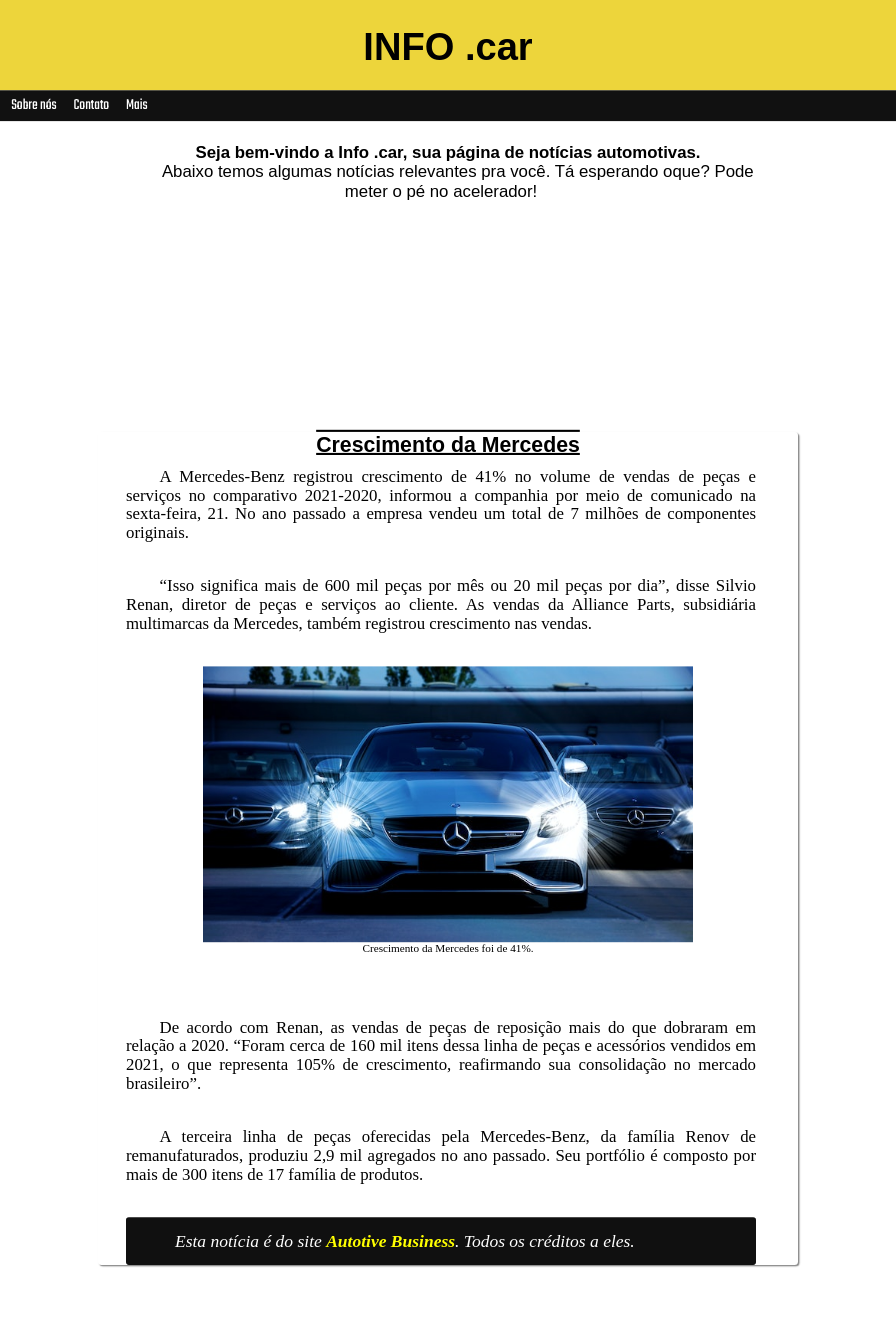
Repository: Leonngc/projeto-info.car
Page: index.html
The author's editor kept a copy of each file at every save. The page is drawn from the files as they stood at one save, then again after the next save.
The browser window is 1280 px wide. The pictures show the part of the page from y = 0 to 1920 px (the page is 7275 px tall before and 7228 px after), at 70% of full size.
Some web fonts or font styles are not loaded; a fallback is used.

Above is the page before, as saved 2022-11-04 05:19:14.

### index.html
<!DOCTYPE html>
<html lang="pt-br">

<head>
    <meta charset="UTF-8" />
    <meta http-equiv="X-UA-Compatible" content="IE=edge" />
    <meta name="viewport" content="width=device-width, initial-scale=1.0" />
    <title>Info .car</title>
    <link rel="stylesheet" href="style.css">
</head>

<body>
    <header>
        <h1 class="title">INFO .car</h1>



    </header>
        <nav id="menu">
            <a href="" class="menu-link">Sobre nós</a>
            <a href="" class="menu-link">Contato</a>
            <a href="" class="menu-link">Mais</a>
        </nav>
    <main>
        <article id="boas-vindas" class="text">
            <h1>Seja bem-vindo a Info .car, sua página de notícias automotivas.</h1>
            <p>Abaixo temos algumas notícias relevantes pra você. Tá esperando oque? Pode meter o pé no acelerador!</p>
        </article>
        <section>




            <article class="texts">
                <h1 class="title-article">Crescimento da Mercedes</h1>

                    <p>
                        A Mercedes-Benz registrou crescimento de 41% no volume de vendas de peças e serviços no comparativo 2021-2020, informou a companhia por meio de comunicado na sexta-feira, 21. No ano passado a empresa vendeu um total de 7 milhões de componentes originais.
                    </p>

                    <br>

                    <p>
                        “Isso significa mais de 600 mil peças por mês ou 20 mil peças por dia”, disse Silvio Renan, diretor de peças e serviços ao cliente. As vendas da Alliance Parts, subsidiária multimarcas da Mercedes, também registrou crescimento nas vendas.
                    </p>

                        <br>

                        <picture class="car-image">
                             <source media="(max-width:620px)" srcset="img/mercedes-pequeno.png" class="img-pequena">
                             <img src="img/mercedes.jpg" alt="" />
                           <span><legend>Crescimento da Mercedes foi de 41%.</legend></span>
                </picture>


                    <p>
                        De acordo com Renan, as vendas de peças de reposição mais do que dobraram em relação a 2020. “Foram cerca de 160 mil itens dessa linha de peças e acessórios vendidos em 2021, o que representa 105% de crescimento, reafirmando sua consolidação no mercado brasileiro”.
                    </p>

                    <br>
                    <p>
                        A terceira linha de peças oferecidas pela Mercedes-Benz, da família Renov de remanufaturados, produziu 2,9 mil agregados no ano passado. Seu portfólio é composto por mais de 300 itens de 17 família de produtos.
                    </p>

                    <br>

                    <p class="references">Esta notícia é do site <a href="https://automotivebusiness.com.br/pt/posts/mercado/vendas-da-mercedes-benz-na-reposicao-cresceram-41-em-2021/#:~:text=Vendas%20da%20Mercedes%2DBenz%20na%20reposi%C3%A7%C3%A3o%20cresceram%2041%25%20em%202021,-Empresa%20vendeu%20mais&text=A%20Mercedes%2DBenz%20registrou%20crescimento,7%20milh%C3%B5es%20de%20componentes%20originais.">Autotive Business</a>. Todos os créditos a eles.</p>

            </article>




            <article class="texts">
                <h1 class="title-article">O monstro da Ducati.</h1>

                <picture class="image">
                    <source media="(max-width: 620px )" srcset="img/ducati-pequeno.png">
                    <img src="img/ducati.jpg" alt="" />  <!--CARROSEL DE IMAGENS!!!-->
                </picture>

                    <h2>Por: Thiago Moreno</h2>
                    <p>
                        Lançada em dezembro de 2020, a nova geração da Ducati Monster era uma das estreias aguardadas da marca para o mercado brasileiro também. A esportiva sem carenagens, segundo a empresa, foi a primeira "street fighter" do setor de duas rodas. Agora, a Ducati revelou a nova Monster para o Brasil.
                    </p>

                    <br>
                    <p>
                        A nova geração da esportiva já está com a pré-venda aberta e as primeiras unidades desembarcarão por aqui a partir de setembro. O preço anunciado para a nova Ducati Monster no Brasil é de R$ 86.990. Quem adquirir a motocicleta durante a pré-venda, ainda receberá um kit que inclui luvas e outros acessórios originais. Este é o segundo grande lançamento da Ducati no Brasil em 2022, dando sequência à apresentação da Multistrada V4S.
                    </p>

                    <br>
                    <p class="references">

                        Notícia do site <a href="https://motor1.uol.com.br/news/602765/nova-ducati-monster-brasil-preco/" target="_blank">Motor 1 UOL</a>. Todos os créditos a eles.
                    </p>


            </article>

            <section id="img-background">
            </section>




            <article class="texts">
                <h1 class="title-article">o Top 3 da Volks!</h1>
                <picture class="image">
                    <source media="(max-width:620px )" srcset="img/volks-pequeno.png">
                    <img src="img/volks.jpg" alt="" />
                </picture>

                    <p>
                        Em 1953, a Volkswagen chegou ao Brasil apresentando as primeiras unidades do Fusca, desenvolvido a partir de peças importadas direto da Alemanha. Ao logo do tempo, o sucesso foi crescendo e os carros da montadora foram se tornando os carros mais vendidos no Brasil.</p>

                    <br>
                    <h2>1 – Volkswagen T-Cross</h2>
                    <p>
                        Um dos modelos mais novos da geração atual de veículos da Volkswagen é o T-Cross. Esse SUV compacto chegou à liderança da categoria de carros mais vendidos no Brasil ano passado, mostrando sua força no mercado.</p>

                    <br>
                    <p>
                        O automóvel possui diferentes versões e duas opções de motor. Seu conjunto da obra agrada os apaixonados por automóveis, e além de ser o campeão de vendas da montadora, aparece como o quinto colocado de vendas de todo o país, deixando vários outros SUV´s para trás.</p>

                    <br>
                    <p>
                        Diferente do modelo europeu, o design do T-Cross é bastante carismático, com faróis de LED integrados e uma ampla grade.</p>

                    <br>
                    <p>
                        Além disso, o veículo pode ser encontrado no mercado em quatro versões, todas equipadas com motores TSI (Turbo com injeção direta de combustível) sendo elas:</p>

                    <br>
                    <p>
                        <strong>T-Cross 200 TSI:</strong> Versão com controle de estabilidade (ESC), seis airbags, bloqueio eletrônico, sistema de fixação de cadeirinhas infantis e ajuste de altura do volante.</p>

                    <br>
                    <p>
                        <strong>T-Cross 200 TSI Automático: </strong>Possui câmbio automático de seis marchas, controle automático de velocidade, apoio de braço central e grade dianteira em preto brilhante.</p>

                    <br>
                    <p>
                        <strong>T-Cross Comfortline 200 TSI Automático:</strong> Com ar condicionado digital, câmera de ré para auxiliar no estacionamento, indicador de pressão dos pneus, detalhes cromados e revestimento interno azul escuro.</p>

                    <br>
                    <p>
                        <strong>T-Cross Highline 250 TSI Automático:</strong> Agrega itens como bancos de couro, espelho retrovisor interno eletrocrômico, sensores de chuva, rack de teto na cor prata anodizada, entre outros detalhes.</p>

                    <br>
                    <p>
                        Vale lembrar que o T-Cross é um crossover urbano produzido pela Volkswagen e baseado no modelo ‘Polo VI’.
                    </p>

                    <br>
                    <h2>2 – Volkswagen Gol</h2>

                    <p>
                        O Gol é um dos modelos de automóveis da Volkswagen que já foi líder de vendas por anos. Atualmente, esse posto não é mais dele, mas ele segue como um dos veículos mais populares da marca.

                        A exemplo de outros carros da mesma montadora, ele é comercializado em diversas versões. Mas, a sua opção mais básica é a que está hoje entre os 10 carros mais baratos vendidos no Brasil.
                    </p>

                    <br>
                    <p>
                        Em 2021, surgiu a mais nova versão deste automóvel, com a adição de itens de segurança obrigatórios. O hatch então passou a dispor de cinto de segurança de três pontos, encosto de cabeça para cinco passageiros e o sistema de fixação de cadeirinha infantil.
                    </p>

                    <br>
                    <p>
                        <strong>3 – Volkswagen Polo</strong>
                        Chamado por muitos de Virtus Hatch, o Polo passou por uma reformulação total recentemente. O modelo apresenta alta tecnologia e diferentes versões, mas foi o novo visual o que mais chamou a atenção.
                    </p>

                    <br>
                    <p>
                        Ele também foi eleito o melhor carro em sua categoria por uma pesquisa chamada ‘Os eleitos’, feita pela revista Quatro Rodas. Não é à toa que ele conquistou o terceiro lugar do top 3 carros mais vendidos da montadora alemã
                    </p>

                    <br>

                    <p class="references">
                        Notícia do site <a href="https://dyna.com.br/top-3-carros-mais-vendidos-da-volkswagen/" target="_blank">Dyna</a>. Todos os créditos a eles.
                    </p>

            </article>


            <picture class="image">
                <source media="(max-width: 620px)" srcset="img/jeep-cherokee-pequeno.png">
                <img src="img/jeep-cherokee.jpg" alt="" />
            </picture>


            <article class="texts">
                <h1 class="title-article">Novo Jeep Cherokee</h1>

                    <h2>Por: Nicolas Tavares</h2>

                    <p>
                        A Stellantis ainda nem mostrou o Compass 4xe, versão híbrida plug-in do SUV médio que será lançado no dia 4 de abril, e já trabalha em mais uma novidade para o Brasil. Motor1.com e o canal Falando de Carro apuraram que o Jeep Grand Cherokee desembarcará nas concessionárias no último trimestre, importado dos EUA. A marca quer lançá-lo por volta de outubro e oferecer tanto uma versão convencional quanto a híbrida plug-in revelada recentemente.</p>
                    <br>
                    <p>
                        Segundo apuramos, o Jeep Grand Cherokee acabou sofrendo um atraso por conta da falta de semicondutores. Produzindo poucas unidades, a prioridade virou abastecer o mercado norte-americano, deixando as exportações para um segundo momento. Assim, seu lançamento ficará somente para o 2º semestre. A ideia, no momento, é fazer o lançamento em outubro, mas tudo dependerá de como ficará o fornecimento de chips para a fábrica em Detroit (EUA).
                    </p>

                    <p class="references">Notícia do site <a href="https://motor1.uol.com.br/news/575923/jeep-grand-cherokee-brasil-2semestre/" target="_blank">Motor 1 UOL</a>. Todos os créditos a eles.</p>

            </article>

        </section>


    </main>
    <footer>
        <h1>Este site...</h1>
            <p>
                Este site tem como objetivo a demonstração de conhecimentos HTML, CSS e JS. <br>
                O site consiste em um página de notícias automotivas, tendo imagens animadas, além de três outras páginas. Uma para contato do desenvolvedor, outra sobre o site e uma página mais. <br>

            </p>
        </footer>
        <legend>TODOS OS ARTIGOS PRESENTES NESTE SITE SÃO DE OUTRAS PÁGINAS. TODOS OS DIREITOS E CRÉDITOS A ELES.</legend>
</body>

</html>

### style.css
@charset "UTF 8";
@import url('https://fonts.googleapis.com/css2?family=Michroma&display=swap');
@import url('https://fonts.googleapis.com/css2?family=Teko&display=swap');
@import url('https://fonts.googleapis.com/css2?family=Ramabhadra&display=swap');

:root{
    --fonte-titulo: 'Ramabhadra', sans-serif;
}

*{
    margin: 0;
    padding: 0;
}

header{
    padding: 30px;
    padding-top: 5vh;
    min-width: 2em;
    font-size: 1.7em;
    background-color: rgb(237, 213, 59);
}

.title{
    font-family: 'Michroma', sans-serif;
    text-align: center;
    font-weight: bolder;
    font-weight: 2vh;
}

nav{
    background-color: rgb(17, 17, 17);
    padding: 6px;
    margin-bottom: 30px;

}

.menu-link{
    text-decoration: none;
    color: #ffffff;
    padding: 10px;
    font-family: 'Teko', sans-serif;
    font-size: 1.4em;
}

.menu-link:hover{
    background-color: rgb(237, 213, 59);
    color: #000000;
    transition-duration: 0.5s;
}
#boas-vindas{
    margin-bottom: 300px;
}
#boas-vindas > h1{
    text-align: center;
    font-family: var(--fonte-titulo);
}

#boas-vindas > p{
    font-family: Arial, Helvetica, sans-serif;
    text-align: center;
}



main{
    margin: auto;
    min-width: 300px;
    max-width: 1000px;
}


 img{
   width: 70%;
   display: block;
   margin-left: auto;
   margin-right: auto;
    }

    legend{
        padding-bottom: 90px;
        text-align: center;
    }

    .img-pequena{
        max-width: 350px;
        display: block;
        margin: auto;
    }


.title-article{
    font-size: 1.9em;
    font-family: var(--fonte-titulo);
    text-align: center;
    padding-bottom: 15px;
    text-decoration: underline overline;
}

 .texts{
    margin-bottom: 180px;
    box-shadow: 2px 2px 2px rgba(0, 0, 0, 0.495);
    border-radius: 5px;

    border-width: 12px;
}

 h2{
    font-family: var(--fonte-titulo);
    text-align: center;

}

p{
    font-family: 'Times New Roman', Times, serif;
    padding-bottom: 30px;
    text-align: justify;
    text-indent: 2em;
    font-size: 1.5em;
    margin-right: 60px;
    margin-left: 40px;
}

.references{

    font-style: italic;
    font-size: 25px;
    color: #ffffff;
    background-color: #101010;
    border-radius: 4px;
    padding: 20px;
}

.references > a{
    text-decoration: none;
    color: yellow;
    font-weight: bold;
}

.references > a:hover{
    text-decoration: underline;
}

footer{
    margin-left: 150px;
    margin-right: 150px;
    margin-bottom: 20px;
    color: white;
    background-color: #000000;
}

footer > h1{
    padding: 10px;
    text-align: center;
    font-family: var(--fonte-titulo);
}

footer > p{
    font-family: monospace;
    text-align: justify;
    text-justify: distribute;
}

After the next save:
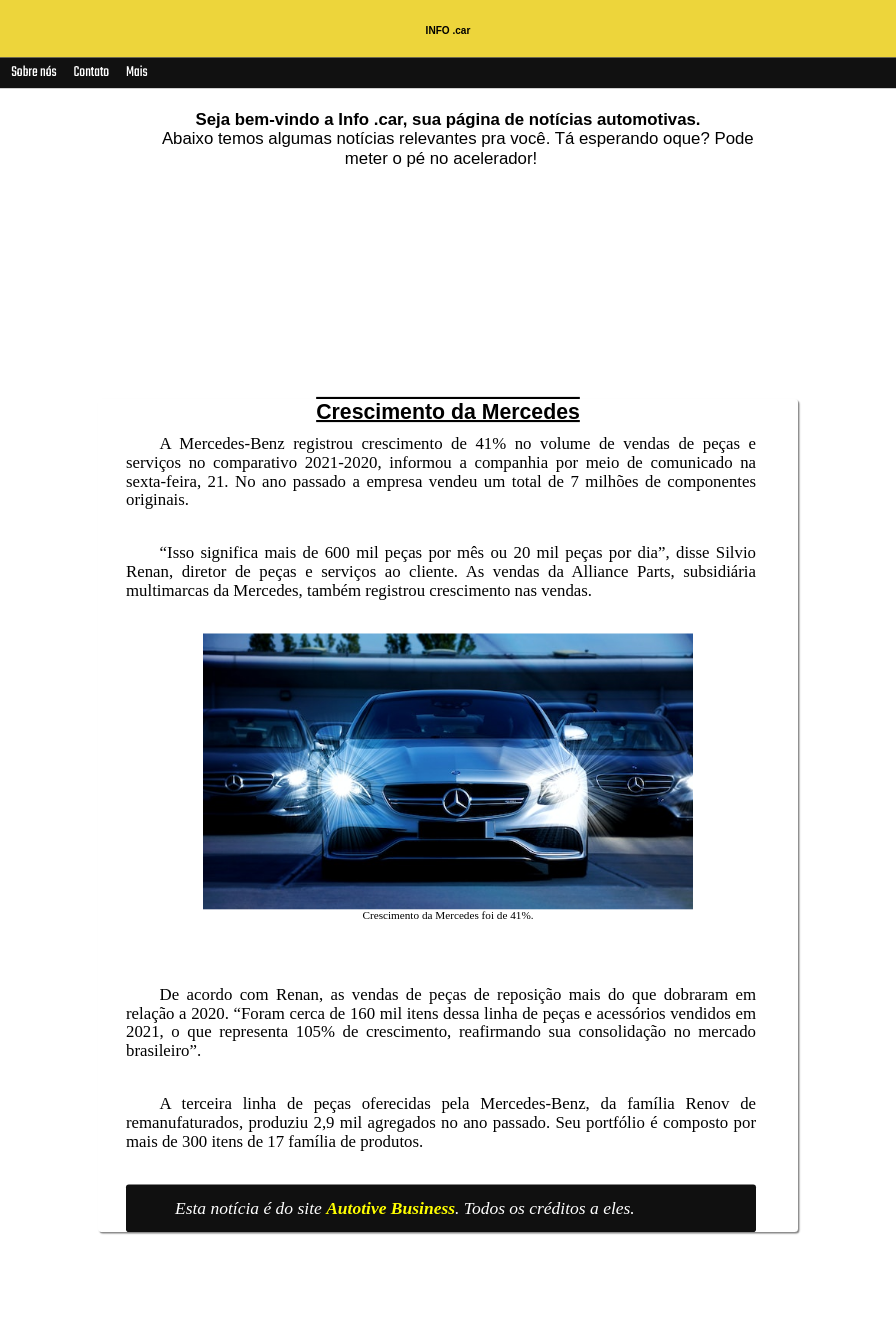
Saved 11 s later.
--- a/style.css
+++ b/style.css
@@ -24,7 +24,7 @@
     font-family: 'Michroma', sans-serif;
     text-align: center;
     font-weight: bolder;
-    font-weight: 2vh;
+    font-size: 2vh;
 }
 
 nav{
